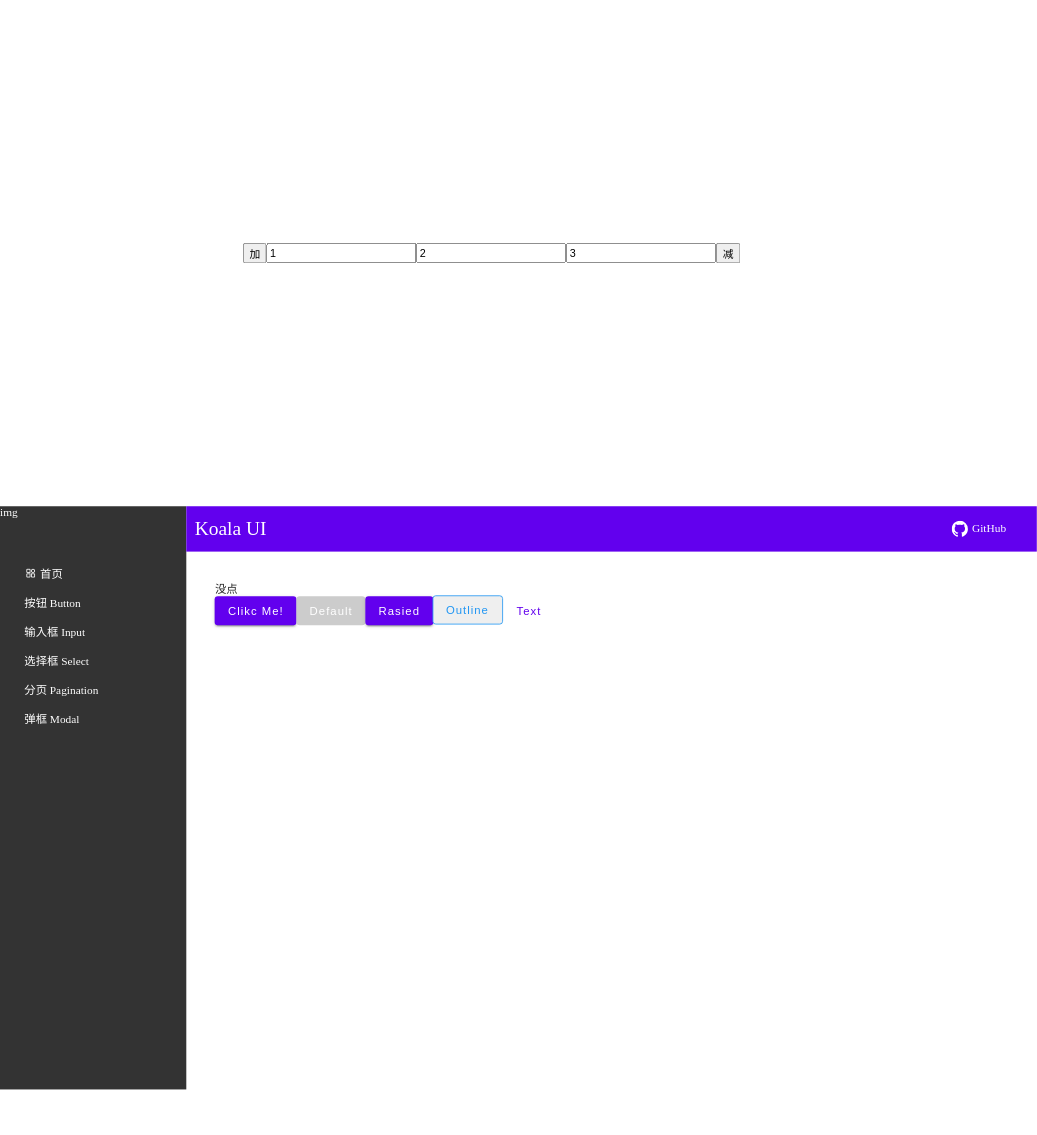
Repository: wyhsunflower/koalaUI
Page: /
An editor plug-in stored every save of this project. The page is shown before and after the next save, followed by the edit.
The browser window is 1280 px wide. The pictures show the whole page, at 81% of full size.
The project was rebuilt for these pictures with package versions that can differ from the ones it lists, and the page was loaded fresh each time. Also part of the build but not shown: webpack.config.js, src/components/Modal/Modal.vue. Imported but missing from the stored project, and not drawn on this page: src/views/go/go2.vue.

Above is the page before, as saved 2020-03-19 21:37:32.

### index.html
<!DOCTYPE html>
<html lang="en">
<head>
    <meta charset="UTF-8">
    <title>koala's UI</title>
</head>
<style>
    .time-picker{
    display: flex;
    flex-flow: row nowrap;
    margin:300px;
}
</style>
<body>
    <div class="time-picker">
        <button click="">加</button>
        <input type="number"  value="1">
        <input type="number" value="2">
        <input type="number" value="3">
        <button click="">减</button>
        </div>
<div id="app"></div>
<script src="https://code.jquery.com/jquery-3.4.1.min.js"></script>
</body>
</html>

### src/index.js
import Vue from 'vue';
import App from './app';
import './components/components.js'
import './styles/global.scss';
import './styles/iconfont/icon.scss'
import router from './router/route';


new Vue({
    router,
    render(h) {
        return h(App);
    }
}).$mount('#app');

### src/app.vue
<template>
    <div id="app" class="container">
        <SideBar></SideBar>
        <div class="right">
            <Header></Header>
            <div class="main">
                <transition>
                 <router-view></router-view>
                </transition>
            </div>
        </div>
    </div>
</template>
<script>
    import SideBar from './SideBar';
    import Header from './Header';
    export default {
        name: "app",
        components:{
            SideBar,
            Header
        },
    }
</script>

<style lang="scss" scoped>
    @import "styles/global";
    .container{
        width: 100%;
        display: flex;
        flex-flow: row nowrap;
        height: 100%;
    }
    .right{
        width: 82%;
        height: 100%;
    }
        .main{
            width: 100%;
            height: 100%;
            padding:2.5rem;
        }
</style>

### src/components/components.js
import Vue from 'vue'
import Button from './Button/Button';
import Modal from './Modal/Modal';

Vue.component('Button',Button);
Vue.component('Modal',Modal);

### src/styles/global.scss
$font-color: rgba(0,0,0, 0.87);
$color-btn-default:#ccc;
$color-btn-primary:#2196f3;
$color-btn-custom:#6200ee;
* {
    box-sizing: border-box;
}
html, body {
    margin: 0;
    padding: 0;
    font-size: 14px;
}
html{
    width: 100%;
    height: 100%;
    outline: none;
    font-size: 14px;
}
body {
    color: $font-color;
    font-size: 14px;
    height: 100%;
    width: 100%;
}
.koala-button{

    -moz-osx-font-smoothing: grayscale;
    -webkit-font-smoothing: antialiased;
    font-size: 1rem;
    line-height: 2.25rem;
    font-weight: 500;
    letter-spacing: .0892857143em;
    text-decoration: none;
    display: inline-flex;
    position: relative;
    align-items: center;
    justify-content: center;
    box-sizing: border-box;
    min-width: 64px;
    border: none;
    outline: none;
    line-height: 1;
    -webkit-user-select: none;
    -moz-user-select: none;
    -ms-user-select: none;
    user-select: none;
    -webkit-appearance: none;
    overflow: visible;
    vertical-align: middle;
    border-radius: 4px;
    cursor: pointer;

    padding: 0 1.145rem;
    min-width: 4.5rem;
    color: #fff;
    height: 2.572rem;
}

### src/styles/iconfont/icon.scss
@font-face {font-family: "iconfont";
  src: url('./iconfont.eot?t=1575969178796'); /* IE9 */
  src: url('./iconfont.eot?t=1575969178796#iefix') format('embedded-opentype'), /* IE6-IE8 */
       url('./iconfont.woff?t=1575969178796') format('woff'),
       url('./iconfont.ttf?t=1575969178796') format('truetype'), /* chrome, firefox, opera, Safari, Android, iOS 4.2+ */
       url('./iconfont.svg?t=1575969178796#iconfont') format('svg'); /* iOS 4.1- */
}
.iconfont {
  font-family: "iconfont" !important;
  font-size: 16px;
  font-style: normal;
  -webkit-font-smoothing: antialiased;
  -moz-osx-font-smoothing: grayscale;
}
.icon-all:before {
  content: "\e6ef";
}

### src/router/route.js
import Router from 'vue-router';
import Vue from 'vue';
//import Home from '../app';
//import Button from '../components/Button/Button';
import Home from '../views/home';


const routerListDir=[];

function importAllRouter(r) {
    r.keys().forEach(
        (key)=>routerListDir.push(r(key).default)
    )
}

importAllRouter(require.context('../router',true,/\.router\.js/));
Vue.use(Router);
console.log(routerListDir);

export default new Router({
    routes: [
        ...routerListDir,
        { path: '/',component:Home},
        //{ path: '/button',component:Button},
    ]
});

### src/SideBar.vue
<template>
    <div class="side">
        <div class="top">
            <div>img</div>
            <!--<img src="./static/img/logo.jpg">-->
        </div>
        <ul class="side-list">
            <li v-for="x of lists">
                <i class="iconfont" :class="x.icon"></i>
                {{x.name}}
            </li>
        </ul>
    </div>
</template>

<script>
    export default {
        name: "SideBar",
        data(){
            return{
                lists:[
                    {
                        name:'首页',
                        icon:'icon-all',
                    },
                    {
                        name:'按钮 Button',
                        icon:'button',
                    },
                    {
                        name:'输入框 Input',
                        icon:'input',
                    },
                    {
                        name:'选择框 Select',
                        icon:'select',
                    },
                    {
                        name:'分页 Pagination',
                        icon:'pagination',
                    },
                    {
                        name:'弹框 Modal',
                        icon:'modal',
                    },
                ],
            }
        },
    }
</script>

<style lang="scss" scoped>
    .side {
        max-width: 300px;
        width: 18%;
        background: rgba(0,0,0,.8);
        height: 100%;
        color: #fff;
    }
    .top {
        height: 50px;
    }
    ul{
        list-style: none;
        padding: 0;
    }
    li{
        padding: 8px 30px;
        &:hover{background: rgba(0,0,0,.2);}
    }
</style>

### src/Header.vue
<template>
    <div class="header">
        <div class="title">Koala UI</div>
        <div class="right">
            <!-- <div class="search">GitHub</div> -->
            <div class="config">
                <svg width="20" height="20" viewBox="0 0 20 20" xmlns="http://www.w3.org/2000/svg">
                <title>github-circle-white-transparent</title>
                    <path d="M10 0C4.477 0 0 4.477 0 10c0 4.42 2.87 8.17 6.84 9.5.5.08.66-.23.66-.5v-1.69c-2.77.6-3.36-1.34-3.36-1.34-.46-1.16-1.11-1.47-1.11-1.47-.91-.62.07-.6.07-.6 1 .07 1.53 1.03 1.53 1.03.87 1.52 2.34 1.07 2.91.83.09-.65.35-1.09.63-1.34-2.22-.25-4.55-1.11-4.55-4.92 0-1.11.38-2 1.03-2.71-.1-.25-.45-1.29.1-2.64 0 0 .84-.27 2.75 1.02.79-.22 1.65-.33 2.5-.33.85 0 1.71.11 2.5.33 1.91-1.29 2.75-1.02 2.75-1.02.55 1.35.2 2.39.1 2.64.65.71 1.03 1.6 1.03 2.71 0 3.82-2.34 4.66-4.57 4.91.36.31.69.92.69 1.85V19c0 .27.16.59.67.5C17.14 18.16 20 14.42 20 10A10 10 0 0 0 10 0z" fill="#FFF" fill-rule="evenodd"/>
                </svg>
                <div class="github">GitHub</div>
            </div>
        </div>
    </div>
</template>

<script>
    export default {
        name: "Header"
    }
</script>

<style lang="scss" scoped>
    .header{
        width: 100%;
        display: flex;
        justify-content: space-between;
        align-items: center;
        background-color:#6200ee;
        height:56px;
    }
    .title{
        width: 70%;
        color:#fff;
        font-size:24px;
        padding-left:10px;
    }
    .right{
        width: 10%;
    }
    .config{
        display:flex;
        align-items:center;
        cursor:pointer;
    }
    .github{
        color:#fff;
        font-size: 1rem;
        padding-left:5px;
    }
</style>

### src/components/Button/Button.vue
<template>
    <component
            class="koala-button"
            :class="buttonType"
            is="button"
            @click="onClick"
    >
        <slot></slot>
    </component>
</template>

<script>
    //type color icon
    export default {
        name: "Button",
        // ['type','color','diabled','size'],
        props: {
            type:{
                type: String,
                default:'default', // 'default', 'rasied , 'text', 'outline'
            },
            color:{
                type: String,
                default: 'default', // 'default', 'primary', 'custom'
            },
            size:{
                type: String,
                default: 'normal' // 'small', 'normal', 'large','custom'
            },
            disabled: {
                type: Boolean,
                default: false
            }
        },
        data(){
            return{
            }
        },
        components:{

        },
        computed:{
            buttonType(){
                const buttonClass = {
                    "outline": [`koala-button-${this.type}`,`koala-button-ouline-color-${this.color}`],
                    "text": [`koala-button-${this.type}`,`koala-button-text-color-${this.color}`],
                    "default": [`koala-button-${this.type}`,`koala-button-color-${this.color}`],
                    "rasied": [`koala-button-${this.type}`,`koala-button-color-${this.color}`],
                }
                return buttonClass[this.type]
            },
        },
        methods:{
            onClick(e){
                this.$emit('click', e);
            }
        },
        mounted(){
        },
    }
</script>

<style lang="scss" scoped >
    @import "../../styles/global.scss";
// .koala-button{
//     background-color:#ccc;
//     min-width: 4.5rem;
//     border-radius: .25rem;
//     color: #fff;
//     font-size: .875rem;
//     font-weight: 300;
//     box-sizing: border-box;
//     position: relative;
//     -webkit-user-select: none;
//     -moz-user-select: none;
//     -ms-user-select: none;
//     user-select: none;
//     cursor: pointer;
//     outline: none;
//     border: none;
//     -webkit-tap-highlight-color: transparent;
//     display: inline-block;
//     white-space: nowrap;
//     text-decoration: none;
//     vertical-align: baseline;
//     text-align: center;
//     margin: 0;
//     min-width: 64px;
//     line-height: 36px;
//     padding: 0 16px;
//     border-radius: 4px;
//     overflow: visible;
//     transform: translate3d(0, 0, 0);
//     transition: background 400ms cubic-bezier(0.25, 0.8, 0.25, 1),box-shadow 280ms cubic-bezier(0.4, 0, 0.2, 1);
// }
    .koala-button-default{
        box-shadow: 0 0 0 0 rgba(0,0,0,.2), 0 0 0 0 rgba(0,0,0,.14), 0 0 0 0 rgba(0,0,0,.12);
    }
    .koala-button-rasied{
        box-shadow: 0px 3px 1px -2px rgba(0, 0, 0, 0.2), 0px 2px 2px 0px rgba(0, 0, 0, 0.14), 0px 1px 5px 0px rgba(0,0,0,.12);
        transition: box-shadow 280ms cubic-bezier(0.4, 0, 0.2, 1);
    }
    .koala-button-text{
        background-color: transparent;
        // color: $color-btn-primary;
    }
    .koala-button-outline{
        top: -1px;
        left: -1px;
        // border: 1px solid transparent;
        // color:$color-btn-primary;
        // border-color: $color-btn-primary;
    }
    .koala-button-color-default{
        background-color:$color-btn-default;
    }
    .koala-button-color-primary{
        background-color:$color-btn-primary;
    }
    .koala-button-color-custom{
        background-color:$color-btn-custom;
    }
    .koala-button-ouline-color-default{
        border: 1px solid transparent;
        color:$color-btn-default;
        border-color: $color-btn-default;
    }
    .koala-button-ouline-color-primary{
        border: 1px solid transparent;
        color:$color-btn-primary;
        border-color: $color-btn-primary;
    }
    .koala-button-ouline-color-custom{
        border: 1px solid transparent;
        color:$color-btn-custom;
        border-color: $color-btn-custom;
    }
    .koala-button-text-color-default{
        color: $color-btn-default;
    }
    .koala-button-text-color-primary{
        color: $color-btn-primary;
    }
    .koala-button-text-color-custom{
        color: $color-btn-custom;
    }
</style>

### src/views/home.vue
<template>
    <div class="main-container">
        <div>{{message}}</div>
        <Button @click="showModal" type="rasied" color="custom">Clikc Me!</Button>
        <Modal v-if="modal" :self="this" :confirmCallback="confirmWay" :cancelCallback="cancelWay">
            <div>Modal组件</div>
            <div>Modal组件</div>
            <div>Modal组件</div>
            <div>Modal组件</div>
            <div>Modal组件</div>
            <div>Modal组件</div>
        </Modal>
        <Button @click="clicked('default')" type="default" color="default">Default</Button>
        <Button @click="clicked('rasied')" type="rasied" color="custom">Rasied</Button>
        <Button @click="clicked('outline')" type="outline" color="primary">Outline</Button>
        <Button @click="clicked('text')" type="text" color="custom">Text</Button>
    </div>
</template>

<script>
    // import Modal from '../components/Modal/Modal.vue'
    // import Button from '../components/Button/Button.vue'
    export default {
        name: "home",
        data(){
            return{
                modal:false,
                message:'没点'
            }
        },
        // components:{
        //     Button
        // },
        methods:{
            showModal(){
                this.modal = true
            },
            confirmWay(){
                this.message = '确定'
            },
            cancelWay(){
                this.message = '取消了'
            },
            clicked(name){
                alert(name)
            },
        },
    }
</script>

<style lang="scss" scoped>
</style>

### src/router/button.router.js
import Button from '../components/Button/Button';
export default {
    path: '/button',
    name: 'button',
    component:Button,
    children:[]
}

### src/router/modal.router.js
import Modal from '../components/Modal/Modal';
export default {
    path: '/modal',
    name: 'modal',
    component:Modal,
}

### src/router/sample.router.js
import Sample from '../views/go/go2.vue';
export default {
    path: '/sample',
    name: 'sample',
    component:Sample,
}

After the next save:
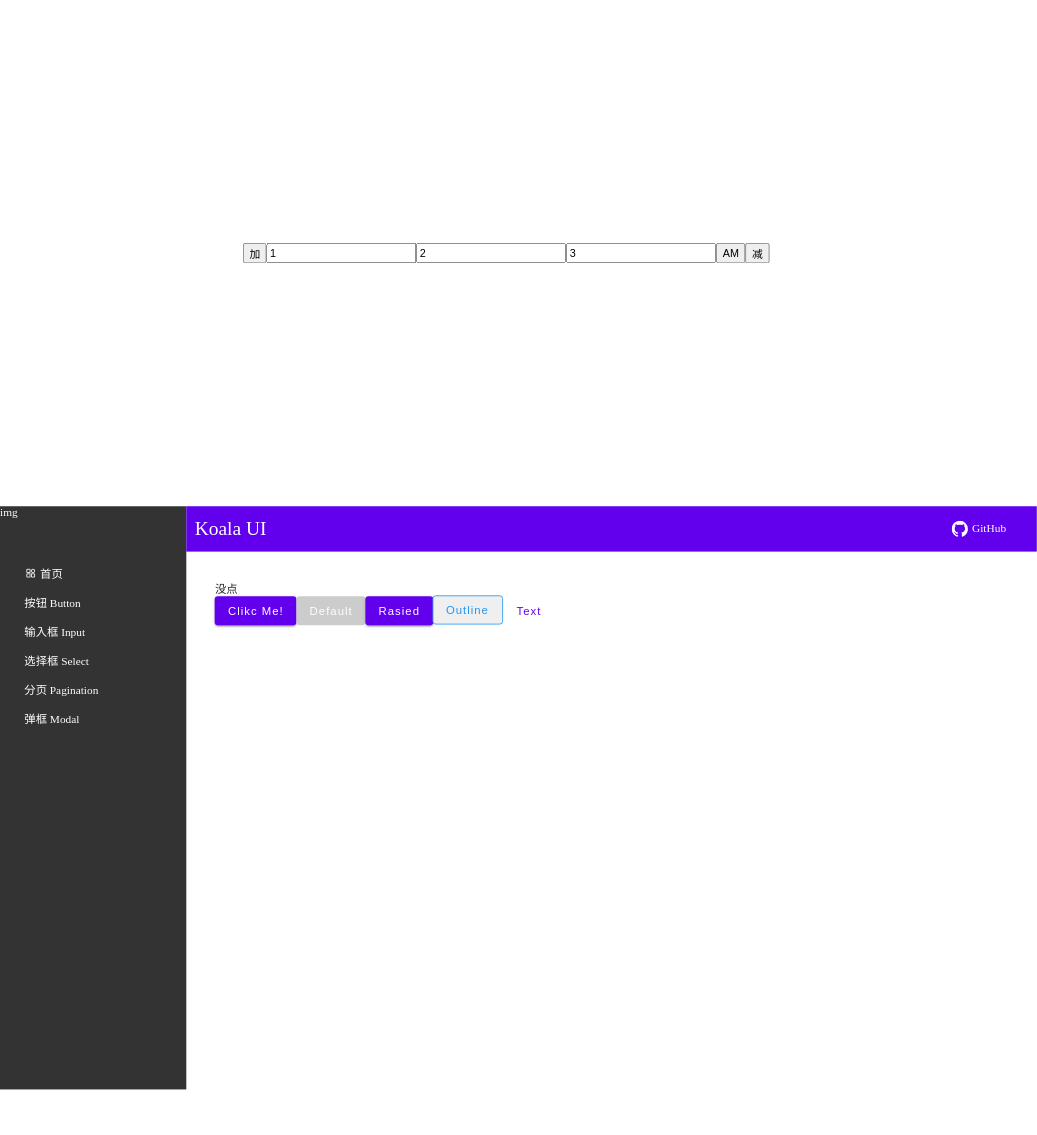
Saved 35 s later.
--- a/index.html
+++ b/index.html
@@ -17,6 +17,7 @@
         <input type="number"  value="1">
         <input type="number" value="2">
         <input type="number" value="3">
+        <button>AM</button>
         <button click="">减</button>
         </div>
 <div id="app"></div>
